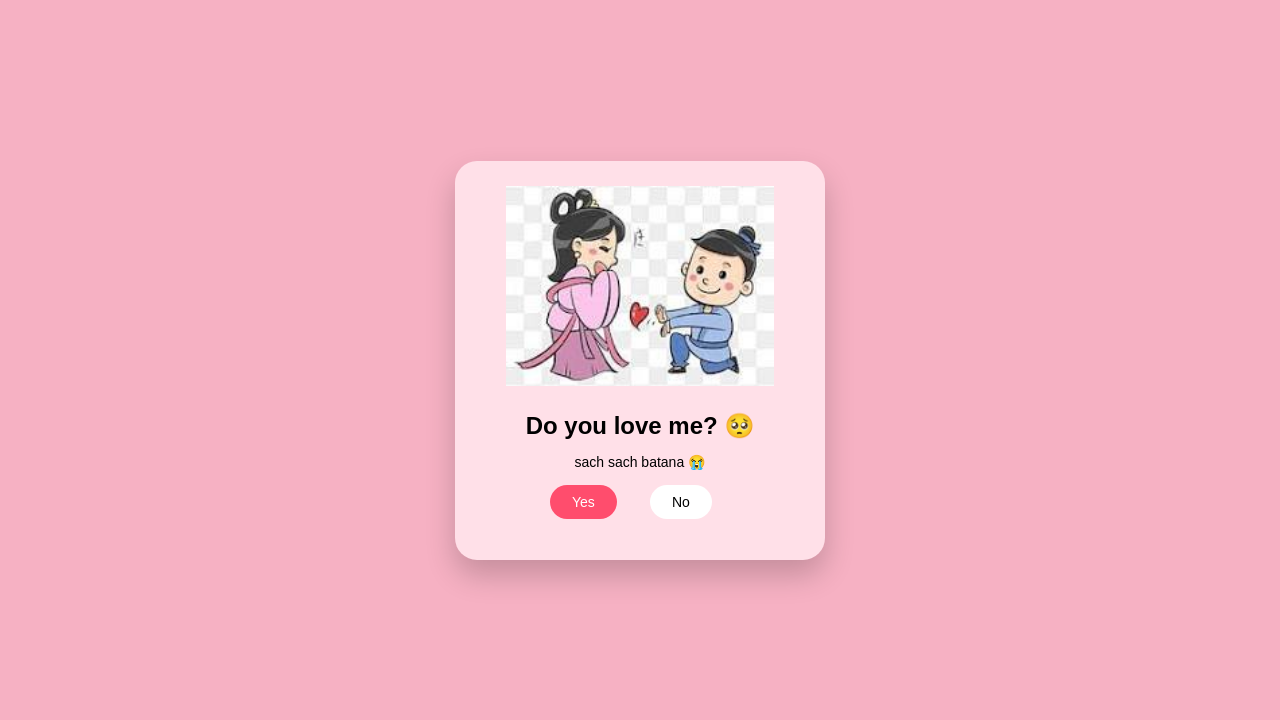
Repository: AyushCre/love
Page: index.html
The author's editor kept a copy of each file at every save. The page is drawn from the files as they stood at one save, then again after the next save.
The browser window is 1280 px wide. The pictures show the whole page.

Above is the page before, as saved 2026-02-01 04:48:44.

After the next save:
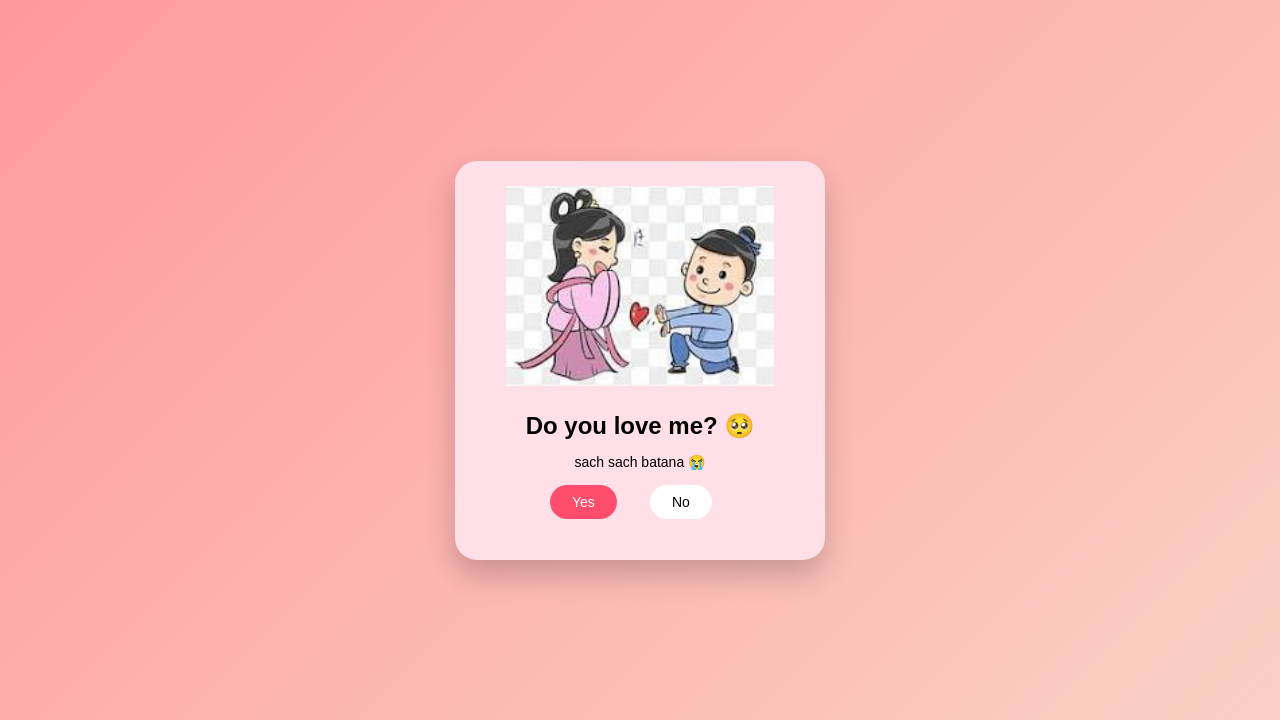
Saved 3 min 54 s later.
--- a/index.html
+++ b/index.html
@@ -7,15 +7,16 @@
 
 <style>
     body {
-        margin: 0;
-        height: 100vh;
-        background: #f6b1c3;
-        display: flex;
-        justify-content: center;
-        align-items: center;
-        font-family: Arial, sans-serif;
-        overflow: hidden;
-    }
+    margin: 0;
+    height: 100vh;
+    background: linear-gradient(135deg, #ff9a9e, #fad0c4);
+    display: flex;
+    justify-content: center;
+    align-items: center;
+    font-family: Arial, sans-serif;
+    overflow: hidden;
+}
+
 
     .card {
         background: #ffe0e8;
